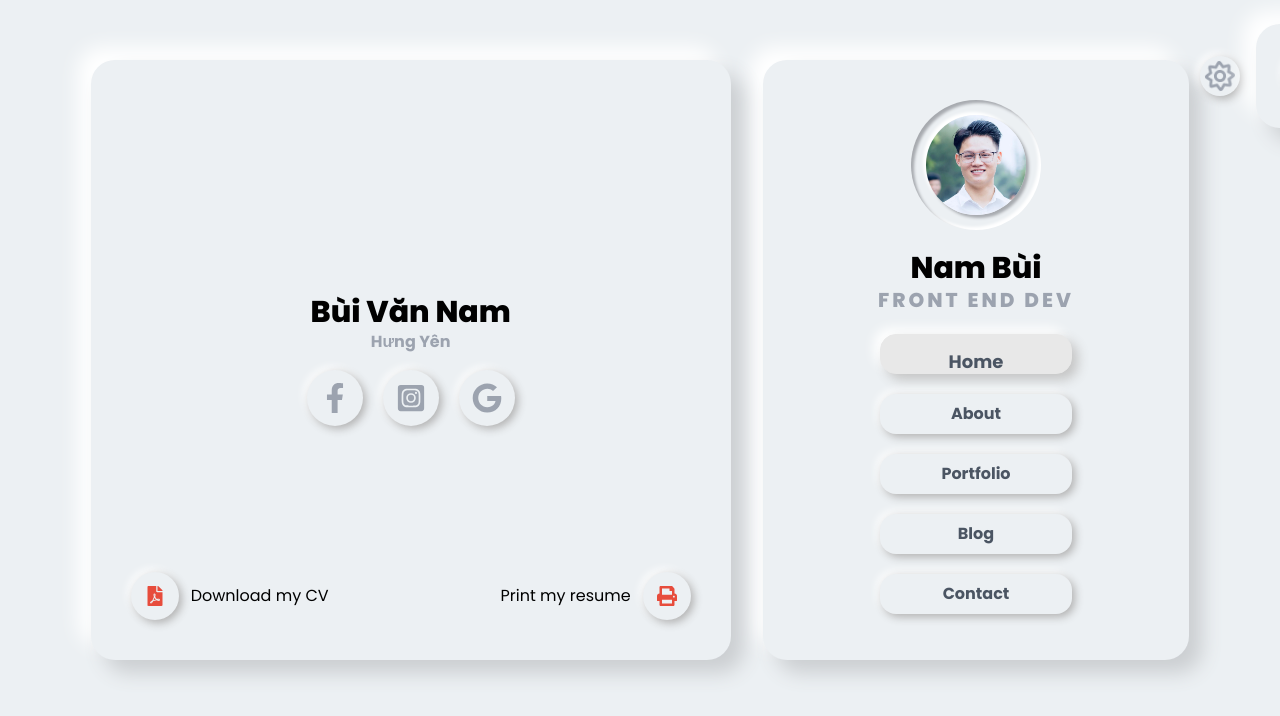
Repository: nambui98/profile_v2
Page: /
The author's editor kept a copy of each file at every save. The page is drawn from the files as they stood at one save, then again after the next save.
The browser window is 1280 px wide. The pictures show the whole page.
The project was rebuilt for these pictures with package versions that can differ from the ones it lists, and the page was loaded fresh each time.

Above is the page before, as saved 2022-03-11 14:27:36.

### src/index.tsx
import React from 'react';
import ReactDOM from 'react-dom';
import './index.scss';
import App from './App';
import reportWebVitals from './reportWebVitals';
import { ThemeProvider } from './containers/ThemeContext';
import Background from './containers/Background';
import Toggle from './containers/ThemeToggle';
import Setting from './containers/Setting';
import { Example } from './components/menu/example';

ReactDOM.render(
  <React.StrictMode>
    <ThemeProvider>
      <Background>
        <div className="fixed right-0 top-0 mr-4 mt-2 md:mt-6 z-10">
          <Setting />
        </div>
        <Example />
        <App />
      </Background>
    </ThemeProvider>
  </React.StrictMode>,
  document.getElementById('root')
);

// If you want to start measuring performance in your app, pass a function
// to log results (for example: reportWebVitals(console.log))
// or send to an analytics endpoint. Learn more: https://bit.ly/CRA-vitals
reportWebVitals();

### src/index.scss
@tailwind base;
@tailwind components;
@tailwind utilities;
@import url('https://fonts.googleapis.com/css2?family=Poppins:wght@100;200;300;400;500;600;700;800;900&display=swap');
* {
    padding: 0;
    margin: 0;
}
@layer utilities {
    .btn-shadow{
    box-shadow: 3px 3px 8px #b1b1b1,
                -3px -3px 8px #fff;
    // width: 50px;
    // height: 50px;
    cursor: pointer;
    position: relative;
    display: flex;
    justify-content: center;
    align-items: center;
    outline:none;
    -webkit-tap-highlight-color: transparent;
    &:focus{
         outline:none;
         border-radius: 50%;
    }
    svg{
        transition: all 0.3s ease-in-out;
    }
    &::after{
        content: '';
        transition: opacity 0.3s ease-in-out;
        position: absolute;
        right: 0;
        top: 0;
        z-index: 2;
        width: 100%;
        height: 100%;
        opacity: 0;
        border-radius: inherit;
        outline:none;
        box-shadow:inset 3px 3px 8px #b1b1b1,
                inset -3px -3px 8px #fff;

    }
    &.fb{
        &:hover{
            box-shadow:none;
            &::after{
                opacity: 1;
            }
            svg{
                fill: #4267B2;
            }
        }
    }
     &.itg{
        &:hover{
            box-shadow:none;
            &::after{
                opacity: 1;
            }
            svg{
                fill: #e74c3c;
            }
        }
    }
    &.gg{
        &:hover{
            box-shadow:none;
            &::after{
                opacity: 1;
            }
            svg{
                fill: #4267B2;
            }
        }
    }
    &:hover{
        box-shadow:none;
        &::after{
            opacity: 1;
        }
        svg{
            fill: #e74c3c;
        }
    }
    &-dark{
        box-shadow: 5px 5px 10px #202020,
             -5px -5px 10px #2c2c2c;
        &::after{
            box-shadow:inset 5px 5px 10px #202020,
        inset -5px -5px 10px #2c2c2c;
        }
        &-50{
            box-shadow:  4px 4px 8px #202020,
                        -4px -4px 8px #2c2c2c;
                        &::after{
            box-shadow:inset 5px 5px 10px #202020,
        inset -5px -5px 10px #2c2c2c;

        }
         &:hover{
        box-shadow:none;
        &::after{
            opacity: 1;
        }
        svg{
            fill: #e74c3c;
        }
    }
        }
         &:hover{
        box-shadow:none;
        &::after{
            opacity: 1;
        }
        svg{
            fill: #e74c3c;
        }
    }
    }
}

.btn-shadow-darklight{
    box-shadow: 3px 3px 8px #b1b1b1,
                -3px -3px 8px #fff;
    // width: 50px;
    // height: 50px;
    cursor: pointer;
    position: relative;
    display: flex;
    justify-content: center;
    align-items: center;
    transition: all 0.3s ease-in-out;
    svg{
        transition: all 0.3s ease-in-out;
    }
    &::after{
        content: '';
        position: absolute;
        right: 0;
        top: 0;
        z-index: 2;
        width: 100%;
        height: 100%;
        opacity: 0;
        border-radius: 50%;
        box-shadow:inset 3px 3px 8px #b1b1b1,
                inset -3px -3px 8px #fff;

    }
    &:hover{
        box-shadow:none;
        &::after{
            opacity: 1;
        }
        svg{
            &.light{

                fill: #FCD34D;
            }
            &.dark{
                fill: #000;

            }
        }
    }
}
.wrap-avatar{
    display: flex;
    align-items: center;
    justify-content: center;
    width: 130px;
    height: 130px;
    border: none;
    border-radius: 50%;
    margin: 0 auto;
    box-shadow:
    inset 3px 3px 3px #a7aaaf,
    /* top left */
    inset -3px -3px 3px #fff;
    &-dark{
        box-shadow: inset 5px 5px 10px #202020, inset -5px -5px 10px #2c2c2c;
        img{
            box-shadow: 5px 5px 10px #202020,
             -5px -5px 10px #2c2c2c;
        }
    }
    .avatar{
        position: relative;
        // margin: 30px;
        width: 100px;
        height: 100px;
        img{
            position: absolute;
            top: 0;
            left: 0;
            height: 100%;
            width: 100%;
            object-fit: cover;
            border-radius: 50%;
            box-shadow:
            3px 3px 3px #a7aaaf,
            -3px -3px 3px #fff
        }
    }
}
.t-8{
    top:2rem;
}
}
.bg-app{
    background-color: #ecf0f3;
}





.setting{
    position: absolute !important;
}
.btn-shadow_action{
    border: none;
    color: #090909;
    padding: 0.7em 1.7em;
    font-size: 18px;
    border-radius: 0.5em;
    background: #e8e8e8;
    border: 1px solid #e8e8e8;
    transition: all .3s;
    box-shadow: 6px 6px 12px #c5c5c5,
                -6px -6px 12px #ffffff;
                &:hover{
                    color: #666;
 box-shadow: inset 4px 4px 12px #c5c5c5,
             inset -4px -4px 12px #ffffff;
                }
}

### src/App.tsx
import React from 'react';
import logo from './logo.svg';
import { FaFacebookF, FaFilePdf, FaGoogle, FaInstagram, FaInstagramSquare, FaPrint, FaRegSun } from "react-icons/fa";
import './App.scss';
import { Avatar } from './assets';
const colors = require('tailwindcss/colors')
function App() {
  return (
    <div className="App">
      <div className="flex h-screen w-screen items-center justify-center">
        <div className="flex w-full items-start justify-center" style={{ height: "600px" }}>
          <div className="relative rounded-3xl md:w-6/12 sm:w-10/12 smx:w-10/12 p-6 h-full mx-4 bg-app dark:bg-neutral-800 shadow-3xl dark:shadow-3xl-dark flex justify-center items-center flex-col">
            <h1 className="text-black dark:text-white text-3xl text-center font-extrabold">Bùi Văn Nam</h1>
            <p className="text-gray-400 dark:text-white tracking-widest font-bold">Hưng Yên</p>
            <div className="flex mt-4">
              <a href='https://www.facebook.com/songoku.bui/' target="_blank" className="btn-shadow dark:btn-shadow-dark fb rounded-full text-center w-14 h-14"><FaFacebookF className="text-3xl" fill={colors.coolGray[400]} /></a>
              <a href='https://www.instagram.com/nambui27/' target="_blank" className="btn-shadow dark:btn-shadow-dark itg rounded-full text-center w-14 h-14 mx-5"><FaInstagramSquare className="text-3xl" fill={colors.coolGray[400]} /></a>
              <a href='mailto:bvnam98@gmail.com' target="_blank" className="btn-shadow dark:btn-shadow-dark gg rounded-full text-center w-14 h-14"><FaGoogle className="text-3xl" fill={colors.coolGray[400]} /></a>
            </div>
            <div className="absolute bottom-10 2xl:right-20 2xl:left-20 md:right-10 md:left-10 flex items-center justify-between">
              <span className="flex items-center">
                <a
                  href='https://www.topcv.vn/xem-cv/UwJcB1FVVgBUCw5SAlpSBAtTBFJVXwlUVwJTVw0902'
                  className="btn-shadow dark:btn-shadow-dark rounded-full text-center w-12 h-12"
                ><FaFilePdf className="text-xl" fill={"#e74c3c"} />
                </a>
                <span className="ml-3 dark:text-white">Download my CV</span></span>
              <span className="flex flex-row-reverse items-center"><button className="btn-shadow dark:btn-shadow-dark rounded-full text-center w-12 h-12"><FaPrint className="text-xl" fill={"#e74c3c"} /></button><span className="mr-3 dark:text-white">Print my resume</span></span>
            </div>
          </div>
          <div className="rounded-3xl w-4/12 md:flex sm:hidden smx:hidden h-full mx-4 bg-app shadow-3xl dark:bg-neutral-800 dark:shadow-3xl-dark flex items-center flex-col py-10 px-6">
            <div className="wrap-avatar dark:wrap-avatar-dark">
              <div className="avatar">
                <img src={Avatar} alt="" />
              </div>
            </div>
            <h1 className="text-black dark:text-white font-extrabold tracking-widest text-3xl mt-5">Nam Bùi</h1>
            <h1 className="text-gray-400 dark:text-white font-extrabold tracking-max text-xl">FRONT END DEV</h1>
            <ul>
              <li className="text-gray-600 dark:text-white font-bold btn-shadow_action dark:btn-shadow-dark w-48 h-10 rounded-2xl mt-5">Home</li>
              <li className="text-gray-600 dark:text-white font-bold btn-shadow dark:btn-shadow-dark w-48 h-10 rounded-2xl mt-5">About</li>
              <li className="text-gray-600 dark:text-white font-bold btn-shadow dark:btn-shadow-dark w-48 h-10 rounded-2xl mt-5">Portfolio</li>
              <li className="text-gray-600 dark:text-white font-bold btn-shadow dark:btn-shadow-dark w-48 h-10 rounded-2xl mt-5">Blog</li>
              <li className="text-gray-600 dark:text-white font-bold btn-shadow dark:btn-shadow-dark w-48 h-10 rounded-2xl mt-5">Contact</li>
            </ul>
          </div>

        </div>
      </div>
    </div>
  );
}

export default App;

### src/containers/ThemeContext/index.tsx
import React, { createContext, useContext } from 'react';
export enum Theme {
    Dark = 'Dark',
    Light = 'Light',
}

export type ThemeContextType = {
    theme: Theme;
    setTheme: (Theme: Theme) => void;
}
const getInitialTheme = () => {
    if (typeof window !== 'undefined' && window.localStorage) {
        const storedPrefs = window.localStorage.getItem('color-theme');
        if (typeof storedPrefs === 'string') {
            return storedPrefs;
        }

        const userMedia = window.matchMedia('(prefers-color-scheme: dark)');
        if (userMedia.matches) {
            return 'dark';
        }
    }

    return 'light' // light theme as the default;
};

export const ThemeContext = createContext<ThemeContextType>({ theme: Theme.Dark, setTheme: theme => console.warn('no theme provider') });
export const useTheme = () => useContext(ThemeContext);
export const ThemeProvider = ({ initialTheme, children }: any) => {
    const [theme, setTheme] = React.useState<any>(getInitialTheme);

    const rawSetTheme = (rawTheme: any) => {
        const root = window.document.documentElement;
        const isDark = rawTheme === 'dark';

        root.classList.remove(isDark ? 'light' : 'dark');
        root.classList.add(rawTheme);

        localStorage.setItem('color-theme', rawTheme);
    };

    if (initialTheme) {
        rawSetTheme(initialTheme);
    }

    React.useEffect(() => {
        rawSetTheme(theme);
    }, [theme]);

    return (
        <ThemeContext.Provider value={{ theme, setTheme }}>
            {children}
        </ThemeContext.Provider>
    );
};

### src/containers/Background/index.jsx
import React from 'react';

const Background = ({ children }) => {
    return (
        <body className="bg-app dark:bg-neutral-800 transition-all">
            {children}
        </body>
    )
}

export default Background;

### src/containers/Setting/index.jsx
import React, { useState } from 'react'
import { FaMoon, FaRegSun, FaSun } from 'react-icons/fa'
import colors from 'tailwindcss/colors'
import { ThemeContext } from '../ThemeContext';
import vietnamimg from '../../assets/img/vietnam.png'
import usaimg from '../../assets/img/united-states.png'
export default function Setting() {
    const { theme, setTheme } = React.useContext(ThemeContext);
    const [active, setActive] = useState(false)
    return (<div className={`relative transform duration-500 ${active ? "translate-x-0" : "translate-x-40"}`}>
        <button className="btn-shadow dark:btn-shadow-dark-50 bg-app dark:bg-neutral-800 setting -left-56 top-8 rounded-full text-center w-10 h-10" onClick={() => setActive(!active)}>
            <FaRegSun class="animate-spin duration-1000 text-3xl" style={{ animationDuration: "2s" }} fill={colors.coolGray[400]} />
        </button>
        <div className={`absolute top-0 right-0 rounded-3xl flex justify-between p-7 shadow-3xl bg-app dark:bg-neutral-800 dark:shadow-3xl-dark`} >
            {/* <div className={`absolute `}> */}

            <button className="mr-2 btn-shadow dark:btn-shadow-dark-50 btn-setting rounded-full text-center w-12 h-12" onClick={() => setTheme(theme === 'dark' ? 'light' : 'dark')}>
                {theme === 'dark' ? (
                    <FaSun
                        className="text-gray-500 dark:text-gray-400 text-2xl cursor-pointer dark"
                    />
                ) : (
                    <FaMoon
                        className="text-gray-500 dark:text-gray-400 text-2xl cursor-pointer light"
                    />
                )}
            </button>
            <button className="ml-2 btn-setting rounded-full text-center w-12 h-12">
                <img src={vietnamimg} alt="" />
                {/* <FaRegSun class="animate-spin duration-1000 text-3xl" style={{ animationDuration: "2s" }} fill={colors.coolGray[400]} /> */}
            </button>
            {/* </div> */}
        </div>
    </div>
    )
}

### src/components/menu/example.jsx
import * as React from "react";
import { useRef } from "react";
import { motion, useCycle } from "framer-motion";
import { useDimensions } from "./use-dimentions";
import { MenuToggle } from "./menuToggle";
import { Navigation } from "./navigation";
import "./styles.scss"

const sidebar = {
  open: (height = 1000) => ({
    clipPath: `circle(${height * 2 + 200}px at 40px 40px)`,
    transition: {
      type: "spring",
      stiffness: 20,
      restDelta: 2
    }
  }),
  closed: {
    clipPath: "circle(30px at 40px 40px)",
    transition: {
      delay: 0.5,
      type: "spring",
      stiffness: 400,
      damping: 40
    }
  }
};

export const Example = () => {
  const [isOpen, toggleOpen] = useCycle(false, true);
  const containerRef = useRef(null);
  const { height } = useDimensions(containerRef);

  return (
    <motion.nav
      initial={false}
      animate={isOpen ? "open" : "closed"}
      custom={height}
      className="menu dark:menu-dark sm:block md:hidden"
      ref={containerRef}
    >
      <motion.div className="background" variants={sidebar} />
      <Navigation />
      <MenuToggle toggle={() => toggleOpen()} />
    </motion.nav>
  );
};

### src/assets/index.ts
import Avatar from './img/Logo.jpg'
export {
    Avatar
}

### src/components/menu/menuToggle.jsx
import * as React from "react";
import { motion } from "framer-motion";
import { ThemeContext } from "../../containers/ThemeContext";

const Path = props => {
  const { theme, setTheme } = React.useContext(ThemeContext);
  return (

    <motion.path
      fill=""
      strokeWidth="3"
      stroke={theme === 'dark' ? "#fff" : "#262626"}
      strokeLinecap="round"
      {...props}
    />
  )
};

export const MenuToggle = ({ toggle }) => (
  <button onClick={toggle} className="btn-shadow dark:btn-shadow-dark t-8">
    <svg width="23" height="23" viewBox="0 0 23 23" fill="#fff">
      <Path
        fill="#fff"
        variants={{
          closed: { d: "M 2 2.5 L 20 2.5" },
          open: { d: "M 3 16.5 L 17 2.5" }
        }}
      />
      <Path
        d="M 2 9.423 L 20 9.423"
        variants={{
          closed: { opacity: 1 },
          open: { opacity: 0 }
        }}
        transition={{ duration: 0.1 }}
      />
      <Path
        variants={{
          closed: { d: "M 2 16.346 L 20 16.346" },
          open: { d: "M 3 2.5 L 17 16.346" }
        }}
      />
    </svg>
  </button>
);

### src/components/menu/navigation.jsx
import * as React from "react";
import { motion } from "framer-motion";
import { MenuItem } from "./menuItem";

const variants = {
  open: {
    transition: { staggerChildren: 0.07, delayChildren: 0.2 }
  },
  closed: {
    transition: { staggerChildren: 0.05, staggerDirection: -1 }
  }
};

export const Navigation = () => (
  <motion.ul className="" variants={variants}>
    {itemIds.map((item, index) => (
      <MenuItem i={index} key={index} item={item} />
    ))}
  </motion.ul>
);

const itemIds = [
  {
    path: "/",
    name: "Home"
  },
  {
    path: "/",
    name: "About"
  },
  {
    path: "/",
    name: "Portfolio"
  },
  {
    path: "/",
    name: "Blog"
  },
  {
    path: "/",
    name: "Contact"
  },
];

### src/components/menu/styles.scss
@tailwind base;
@tailwind components;
@tailwind utilities;
@layer utilities {

  .menu{
      nav {
        position: absolute;
        top: 0;
        left: 0;
        bottom: 0;
        width: 300px;

      }
      &-dark{
        .background{

          background: #262626;

          box-shadow: 3px 3px 8px #202020,-3px -3px 8px #2c2c2c ;
        }
        button{
          box-shadow: 5px 5px 10px #202020,
                  -5px -5px 10px #2c2c2c;
          // color:#fff
          background: #262626;
        }
      }
      .background {
        position: absolute;
        top: 0;
        left: 0;
        bottom: 0;
        z-index: 1;
        width: 300px;
        background: #ecf0f3;

        box-shadow: 3px 3px 8px #b1b1b1,
                  -3px -3px 8px #fff;

      }

      button {
        outline: none;
        box-shadow: 3px 3px 8px #b1b1b1,
                  -3px -3px 8px #fff;
        border: none;
        -webkit-user-select: none;
        -moz-user-select: none;
        -ms-user-select: none;
        cursor: pointer;
        position: absolute;
        // top: 18px;
        left: 15px;
        width: 50px;
        height: 50px;
        border-radius: 50%;
        z-index: 2;
        background: #ecf0f3;
        display: flex;
        align-items: center;
        justify-content: center;
      }

      ul,
      li {
        margin: 0;
        padding: 0;
      }

      ul {
        padding: 25px;
        position: absolute;
        top: 100px;
        width: 230px;
        z-index: 2;
      }

      li {
        list-style: none;
        margin-bottom: 20px;
        display: flex;
        align-items: center;
        cursor: pointer;
      }

      .icon-placeholder {
        width: 40px;
        height: 40px;
        border-radius: 50%;
        flex: 40px 0;
        margin-right: 20px;
      }

      .text-placeholder {
        border-radius: 5px;
        width: 200px;
        padding: 8px 20px;
        flex: 1;
      }

      .refresh {
        padding: 10px;
        position: absolute;
        background: rgba(0, 0, 0, 0.4);
        border-radius: 10px;
        width: 20px;
        height: 20px;
        top: 10px;
        right: 10px;
        display: flex;
        justify-content: center;
        align-items: center;
        cursor: pointer;
      }

  }
}

### src/components/menu/menuItem.jsx
import * as React from "react";
import { motion } from "framer-motion";

const variants = {
  open: {
    y: 0,
    opacity: 1,
    transition: {
      y: { stiffness: 1000, velocity: -100 }
    }
  },
  closed: {
    y: 50,
    opacity: 0,
    transition: {
      y: { stiffness: 1000 }
    }
  }
};

const colors = ["#FF008C", "#D309E1", "#9C1AFF", "#7700FF", "#4400FF"];

export const MenuItem = ({ i, item }) => {
  const style = { border: `2px solid ${colors[i]}` };
  return (
    <motion.li
      variants={variants}
      whileHover={{ scale: 1.1 }}
      whileTap={{ scale: 0.95 }}
    >
      {/* <div className="icon-placeholder" style={style} /> */}
      <div className="text-placeholder" style={style}>{item.name}</div>
    </motion.li>
  );
};

### tailwind.config.js
const defaultTheme = require('tailwindcss/defaultTheme')
module.exports = {
  content: [
    "./src/**/*.{js,jsx,ts,tsx}",
  ],
  darkMode: 'class',
  theme: {
    screens: {

      // 'md': { 'max': '767px' },
      // => @media (max-width: 767px) { ... }

      'smx': { 'max': '639px' },
      // => @media (max-width: 639px) { ... }
      ...defaultTheme.screens,
    },
    extend: {},
    fontFamily: {
      sans: ['Poppins', 'sans-serif'],
      serif: ['Merriweather', 'serif'],
    },
    boxShadow: {
      '3xl': '13px 13px 20px #cbced1, -13px -13px 20px #fff',
      '3xl-dark': '13px 13px 20px #202020,-13px -13px 20px #2c2c2c ',
      'btn-shadow': '5px 5px 10px #202020,-5px -5px 10px #2c2c2c',
      'btn-shadow-5xl': '5px 5px 10px #1c1c1c,-5px -5px 10px #303030',
      '4xl': '12px 12px 25px #202020,-12px -12px 25px #2c2c2c',
    },
    letterSpacing: {
      max: '3px'
    }
  },
  variants: {
    extend: {},
  },
  plugins: [],
}

Loaded but not shown: public/index.html (common file); src/reportWebVitals.ts (common file); src/App.scss (common file); src/components/menu/use-dimentions.js (common file)

After the next save:
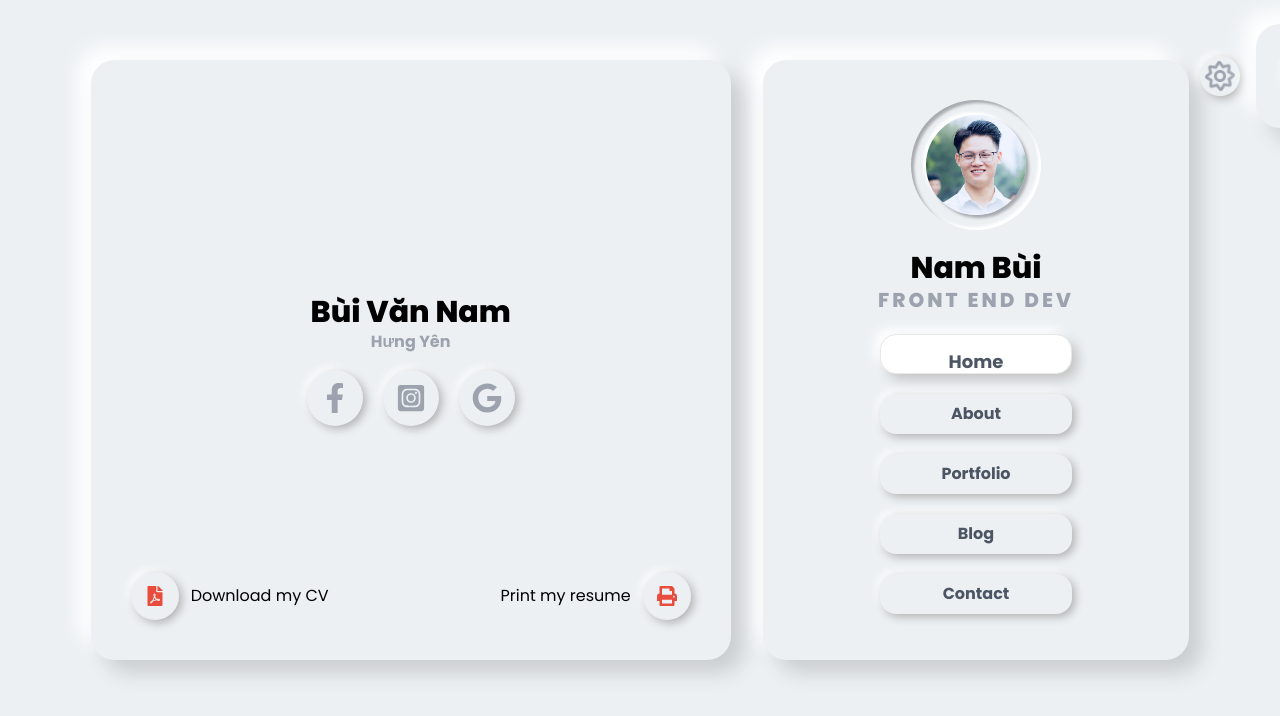
Saved 16 s later.
--- a/src/index.scss
+++ b/src/index.scss
@@ -226,7 +226,7 @@
     padding: 0.7em 1.7em;
     font-size: 18px;
     border-radius: 0.5em;
-    background: #e8e8e8;
+    background: #fff;
     border: 1px solid #e8e8e8;
     transition: all .3s;
     box-shadow: 6px 6px 12px #c5c5c5,

After the save that followed:
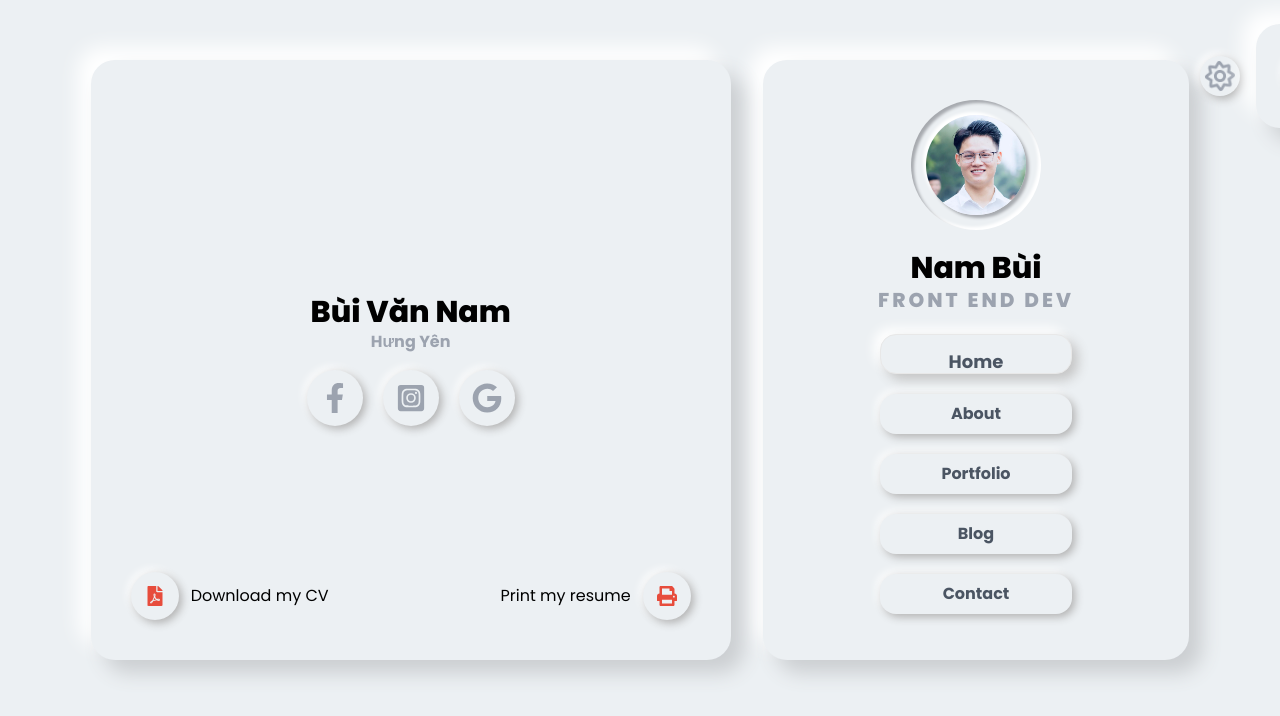
Saved 31 s later.
--- a/src/index.scss
+++ b/src/index.scss
@@ -226,7 +226,7 @@
     padding: 0.7em 1.7em;
     font-size: 18px;
     border-radius: 0.5em;
-    background: #fff;
+    background: #ecf0f3;
     border: 1px solid #e8e8e8;
     transition: all .3s;
     box-shadow: 6px 6px 12px #c5c5c5,
